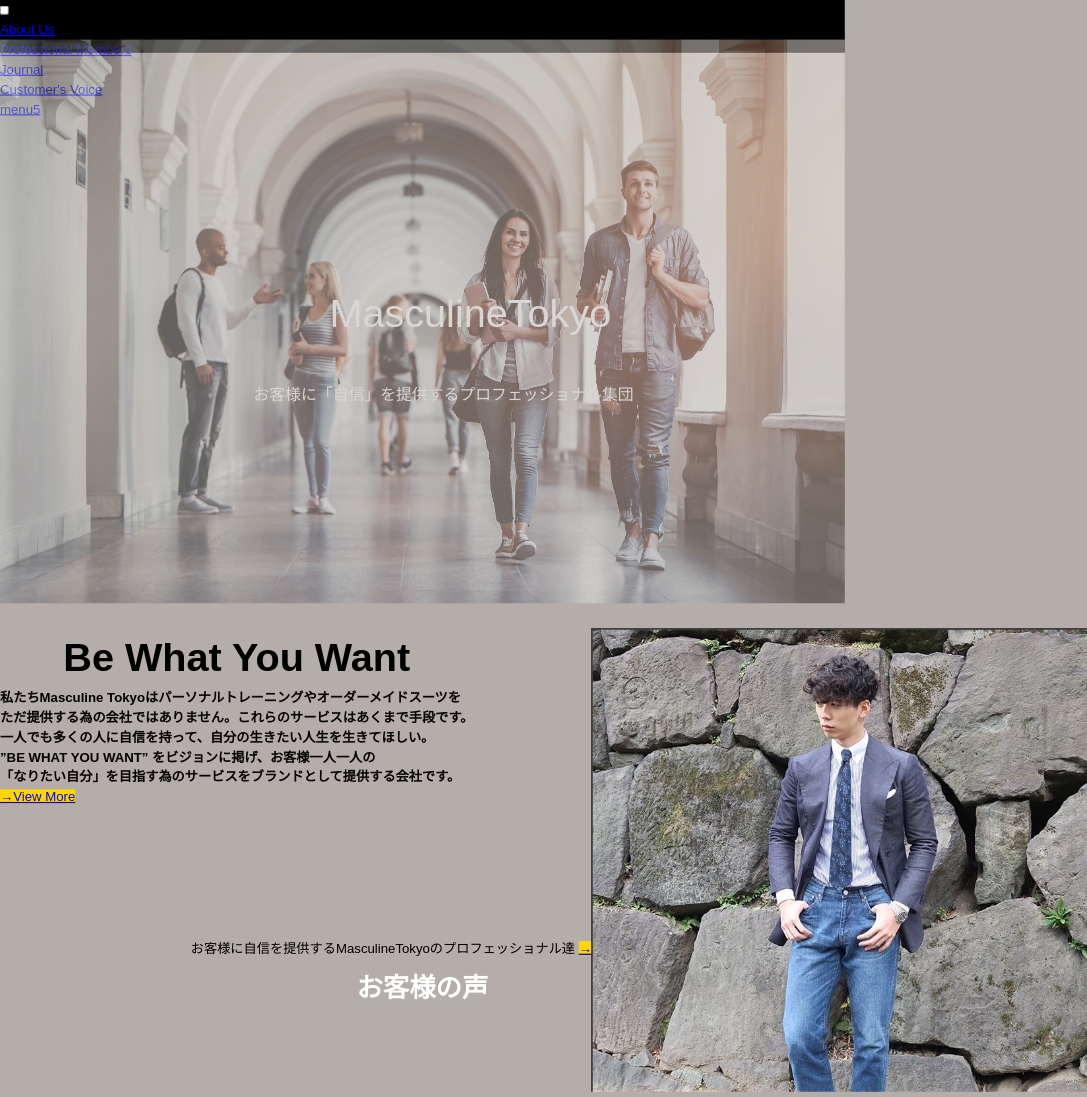
Repository: takumi-kojima0901/js.practice
Page: MasculineTokyo HP/MasculineTokyo.html
The author's editor kept a record of every edit. The page is drawn from the files as they stood at one moment, then again after the next edit.
The browser window is 1280 px wide. The page is 1647 px wide, so the pictures cover 1647 px, including what lies to the right of the window. The pictures show the whole page, at 66% of full size.

Above is the page before.

After the next edit:
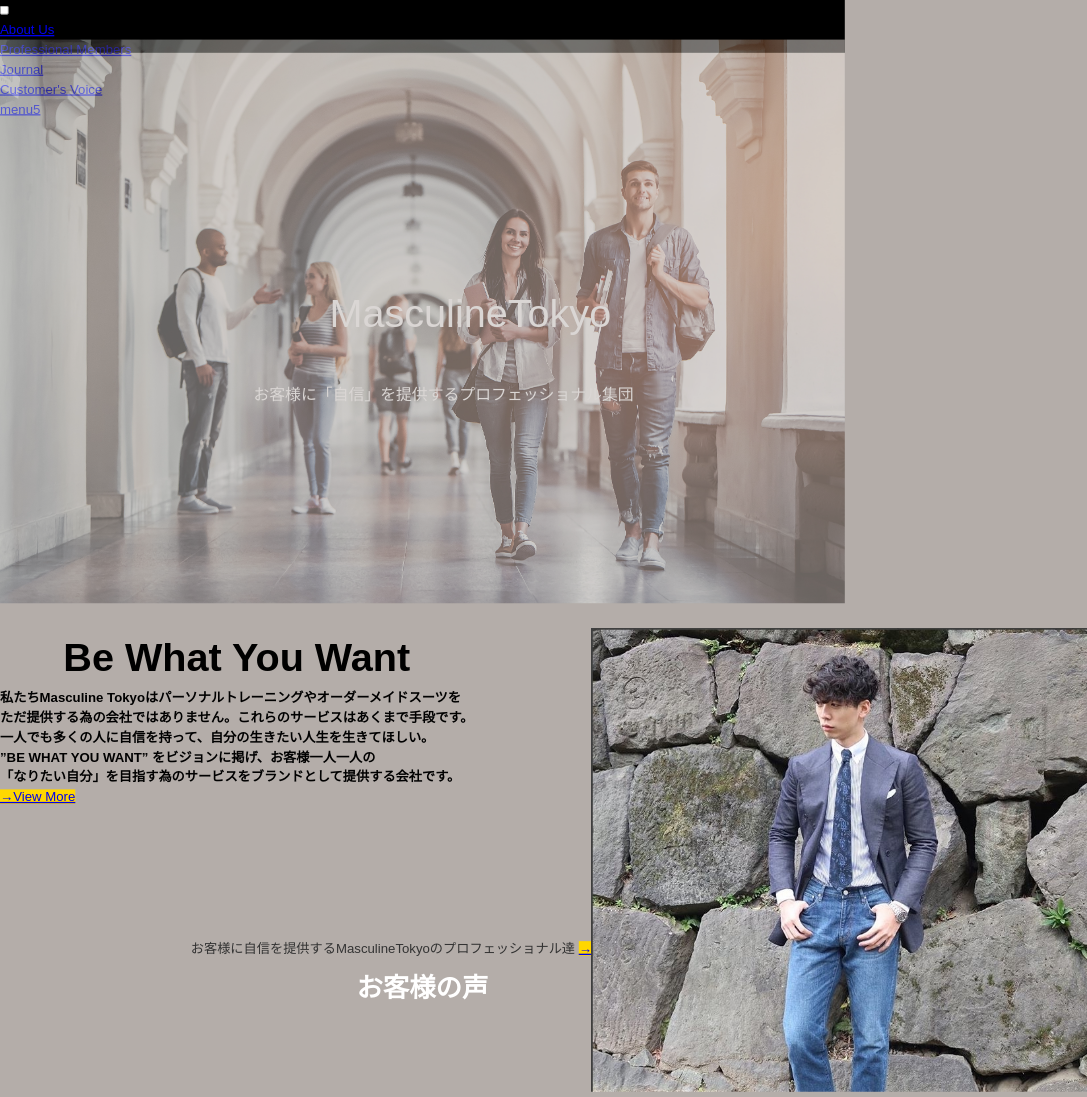
The edit:
--- a/MasculineTokyo HP/MasculineTokyo.html
+++ b/MasculineTokyo HP/MasculineTokyo.html
@@ -59,7 +59,7 @@
          <h2 class=Our_Members>
          Our Members
          </h2>
-        <p class="text-mas1">
+        <p class="text-mas2">
          お客様に自信を提供するMasculineTokyoのプロフェッショナル達
 
         <a href="#2">
